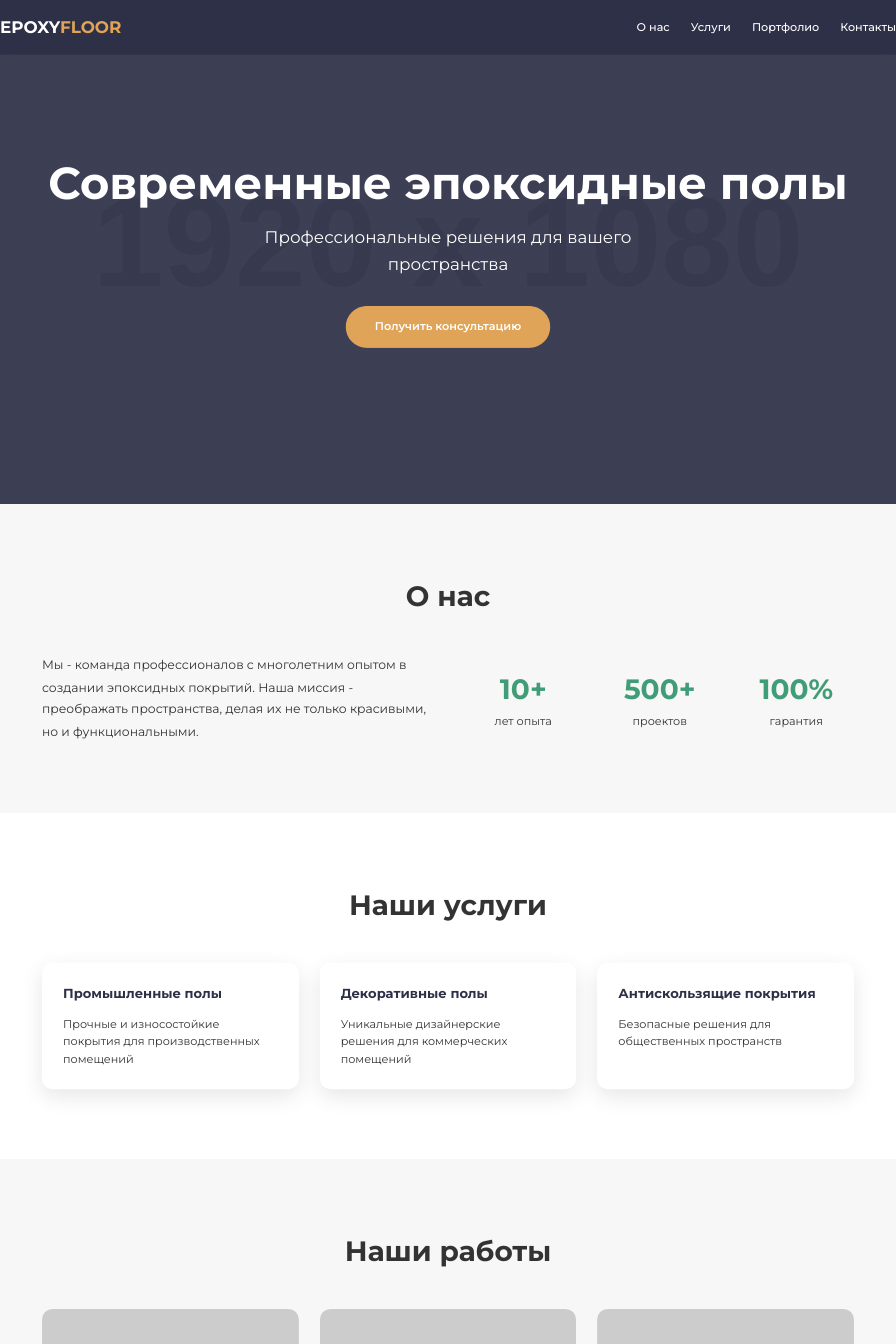
Repository: kerni-ca/kerni-ca
Page: index.html
An editor plug-in stored every save of this project. The page is shown before and after the next save, followed by the edit.
The browser window is 1280 px wide. The pictures show the part of the page from y = 0 to 1920 px (the page is 4315 px tall), at 70% of full size.

Above is the page before, as saved 2025-06-12 11:20:40.

### index.html
<!DOCTYPE html>
<html lang="ru">
<head>
    <meta charset="UTF-8">
    <meta name="viewport" content="width=device-width, initial-scale=1.0">
    <title>Эпоксидные полы | Профессиональные решения</title>
    <link rel="stylesheet" href="styles.css">
    <link rel="preconnect" href="https://fonts.googleapis.com">
    <link rel="preconnect" href="https://fonts.gstatic.com" crossorigin>
    <link href="https://fonts.googleapis.com/css2?family=Montserrat:wght@400;500;600;700&display=swap" rel="stylesheet">
</head>
<body>
    <header class="header">
        <nav class="nav">
            <div class="logo">EPOXY<span>FLOOR</span></div>
            <ul class="nav-links">
                <li><a href="#about">О нас</a></li>
                <li><a href="#services">Услуги</a></li>
                <li><a href="#portfolio">Портфолио</a></li>
                <li><a href="#contact">Контакты</a></li>
            </ul>
        </nav>
        <div class="hero">
            <h1>Современные эпоксидные полы</h1>
            <p>Профессиональные решения для вашего пространства</p>
            <a href="#contact" class="cta-button">Получить консультацию</a>
        </div>
    </header>

    <section id="about" class="about">
        <div class="container">
            <h2>О нас</h2>
            <div class="about-content">
                <div class="about-text">
                    <p>Мы - команда профессионалов с многолетним опытом в создании эпоксидных покрытий. Наша миссия - преображать пространства, делая их не только красивыми, но и функциональными.</p>
                </div>
                <div class="about-stats">
                    <div class="stat">
                        <span class="number">10+</span>
                        <span class="label">лет опыта</span>
                    </div>
                    <div class="stat">
                        <span class="number">500+</span>
                        <span class="label">проектов</span>
                    </div>
                    <div class="stat">
                        <span class="number">100%</span>
                        <span class="label">гарантия</span>
                    </div>
                </div>
            </div>
        </div>
    </section>

    <section id="services" class="services">
        <div class="container">
            <h2>Наши услуги</h2>
            <div class="services-grid">
                <div class="service-card">
                    <h3>Промышленные полы</h3>
                    <p>Прочные и износостойкие покрытия для производственных помещений</p>
                </div>
                <div class="service-card">
                    <h3>Декоративные полы</h3>
                    <p>Уникальные дизайнерские решения для коммерческих помещений</p>
                </div>
                <div class="service-card">
                    <h3>Антискользящие покрытия</h3>
                    <p>Безопасные решения для общественных пространств</p>
                </div>
            </div>
        </div>
    </section>

    <section id="portfolio" class="portfolio">
        <div class="container">
            <h2>Наши работы</h2>
            <div class="portfolio-grid">
                <div class="portfolio-item">
                    <img src="https://via.placeholder.com/400x300" alt="Проект 1">
                    <div class="portfolio-overlay">
                        <h3>Производственный цех</h3>
                    </div>
                </div>
                <div class="portfolio-item">
                    <img src="https://via.placeholder.com/400x300" alt="Проект 2">
                    <div class="portfolio-overlay">
                        <h3>Торговый центр</h3>
                    </div>
                </div>
                <div class="portfolio-item">
                    <img src="https://via.placeholder.com/400x300" alt="Проект 3">
                    <div class="portfolio-overlay">
                        <h3>Офисное пространство</h3>
                    </div>
                </div>
            </div>
        </div>
    </section>

    <section id="testimonials" class="testimonials">
        <div class="container">
            <h2>Отзывы наших клиентов</h2>
            <div class="testimonials-grid">
                <div class="testimonial-card">
                    <div class="testimonial-content">
                        <p>"Отличная работа! Полы получились идеально ровными и очень красивыми. Спасибо за профессионализм и внимание к деталям."</p>
                    </div>
                    <div class="testimonial-author">
                        <img src="https://via.placeholder.com/60x60" alt="Фото клиента">
                        <div class="author-info">
                            <h4>Андрей Петров</h4>
                            <p>Директор ООО "ТехноПром"</p>
                        </div>
                    </div>
                </div>
                <div class="testimonial-card">
                    <div class="testimonial-content">
                        <p>"Быстро, качественно и в срок! Команда настоящих профессионалов. Рекомендую всем, кто ценит качество."</p>
                    </div>
                    <div class="testimonial-author">
                        <img src="https://via.placeholder.com/60x60" alt="Фото клиента">
                        <div class="author-info">
                            <h4>Мария Сидорова</h4>
                            <p>Владелец кафе "Уют"</p>
                        </div>
                    </div>
                </div>
                <div class="testimonial-card">
                    <div class="testimonial-content">
                        <p>"Работали с компанией уже несколько раз. Всегда на высоте! Особенно понравилось качество материалов и скорость работы."</p>
                    </div>
                    <div class="testimonial-author">
                        <img src="https://via.placeholder.com/60x60" alt="Фото клиента">
                        <div class="author-info">
                            <h4>Иван Коваленко</h4>
                            <p>Генеральный директор "СтройИнвест"</p>
                        </div>
                    </div>
                </div>
            </div>
        </div>
    </section>

    <section id="partners" class="partners">
        <div class="container">
            <h2>Наши партнеры</h2>
            <div class="partners-grid">
                <div class="partner-card">
                    <img src="https://via.placeholder.com/200x100" alt="Партнер 1">
                    <h3>BASF</h3>
                    <p>Мировой лидер в производстве химических материалов</p>
                </div>
                <div class="partner-card">
                    <img src="https://via.placeholder.com/200x100" alt="Партнер 2">
                    <h3>Sika</h3>
                    <p>Профессиональные решения для строительства</p>
                </div>
                <div class="partner-card">
                    <img src="https://via.placeholder.com/200x100" alt="Партнер 3">
                    <h3>Mapei</h3>
                    <p>Инновационные строительные материалы</p>
                </div>
                <div class="partner-card">
                    <img src="https://via.placeholder.com/200x100" alt="Партнер 4">
                    <h3>Ardex</h3>
                    <p>Высококачественные строительные смеси</p>
                </div>
            </div>
        </div>
    </section>

    <section id="contact" class="contact">
        <div class="container">
            <h2>Свяжитесь с нами</h2>
            <div class="contact-content">
                <form class="contact-form">
                    <input type="text" placeholder="Ваше имя" required>
                    <input type="tel" placeholder="Телефон" required>
                    <input type="email" placeholder="Email" required>
                    <textarea placeholder="Сообщение" required></textarea>
                    <button type="submit" class="submit-button">Отправить</button>
                </form>
                <div class="contact-info">
                    <div class="info-item">
                        <h3>Адрес</h3>
                        <p>г. Запорожье, ул. Соборная, 123</p>
                    </div>
                    <div class="info-item">
                        <h3>Телефон</h3>
                        <p>+38 (061) 123-45-67</p>
                    </div>
                    <div class="info-item">
                        <h3>Email</h3>
                        <p>info@epoxyfloor.zp.ua</p>
                    </div>
                </div>
            </div>
        </div>
    </section>

    <footer class="footer">
        <div class="container">
            <div class="footer-content">
                <div class="footer-logo">EPOXY<span>FLOOR</span></div>
                <p>&copy; 2024 Все права защищены</p>
            </div>
        </div>
    </footer>
</body>
</html>

### styles.css
html {
    scroll-behavior: smooth;
}

:root {
    --primary-color: #2D3047;
    --secondary-color: #419D78;
    --accent-color: #E0A458;
    --text-color: #333;
    --light-bg: #F7F7F7;
    --white: #FFFFFF;
    --transition: all 0.3s ease;
}

* {
    margin: 0;
    padding: 0;
    box-sizing: border-box;
}

body {
    font-family: 'Montserrat', sans-serif;
    line-height: 1.6;
    color: var(--text-color);
}

.container {
    max-width: 1200px;
    margin: 0 auto;
    padding: 0 20px;
}

/* Header & Navigation */
.header {
    background: linear-gradient(rgba(45, 48, 71, 0.9), rgba(45, 48, 71, 0.9)),
                url('https://via.placeholder.com/1920x1080') center/cover;
    min-height: 100vh;
    color: var(--white);
}

.nav {
    display: flex;
    justify-content: space-between;
    align-items: center;
    padding: 20px 0;
    position: fixed;
    width: 100%;
    top: 0;
    z-index: 1000;
    background: rgba(45, 48, 71, 0.95);
    backdrop-filter: blur(10px);
}

.logo {
    font-size: 24px;
    font-weight: 700;
    color: var(--white);
}

.logo span {
    color: var(--accent-color);
}

.nav-links {
    display: flex;
    list-style: none;
    gap: 30px;
}

.nav-links a {
    color: var(--white);
    text-decoration: none;
    font-weight: 500;
    transition: var(--transition);
}

.nav-links a:hover {
    color: var(--accent-color);
}

/* Hero Section */
.hero {
    display: flex;
    flex-direction: column;
    justify-content: center;
    align-items: center;
    text-align: center;
    min-height: 100vh;
    padding: 0 20px;
}

.hero h1 {
    font-size: 4rem;
    margin-bottom: 20px;
    line-height: 1.2;
}

.hero p {
    font-size: 1.5rem;
    margin-bottom: 40px;
    max-width: 600px;
}

.cta-button {
    display: inline-block;
    padding: 15px 40px;
    background: var(--accent-color);
    color: var(--white);
    text-decoration: none;
    border-radius: 30px;
    font-weight: 600;
    transition: var(--transition);
    border: 2px solid var(--accent-color);
}

.cta-button:hover {
    background: transparent;
    color: var(--accent-color);
}

/* About Section */
.about {
    padding: 100px 0;
    background: var(--light-bg);
}

.about h2 {
    text-align: center;
    font-size: 2.5rem;
    margin-bottom: 50px;
}

.about-content {
    display: grid;
    grid-template-columns: 1fr 1fr;
    gap: 50px;
    align-items: center;
}

.about-text p {
    font-size: 1.1rem;
    line-height: 1.8;
}

.about-stats {
    display: grid;
    grid-template-columns: repeat(3, 1fr);
    gap: 30px;
}

.stat {
    text-align: center;
}

.number {
    display: block;
    font-size: 2.5rem;
    font-weight: 700;
    color: var(--secondary-color);
}

.label {
    font-size: 1rem;
    color: var(--text-color);
}

/* Services Section */
.services {
    padding: 100px 0;
}

.services h2 {
    text-align: center;
    font-size: 2.5rem;
    margin-bottom: 50px;
}

.services-grid {
    display: grid;
    grid-template-columns: repeat(auto-fit, minmax(300px, 1fr));
    gap: 30px;
}

.service-card {
    background: var(--white);
    padding: 30px;
    border-radius: 15px;
    box-shadow: 0 10px 30px rgba(0, 0, 0, 0.1);
    transition: var(--transition);
}

.service-card:hover {
    transform: translateY(-10px);
}

.service-card h3 {
    color: var(--primary-color);
    margin-bottom: 15px;
}

/* Portfolio Section */
.portfolio {
    padding: 100px 0;
    background: var(--light-bg);
}

.portfolio h2 {
    text-align: center;
    font-size: 2.5rem;
    margin-bottom: 50px;
}

.portfolio-grid {
    display: grid;
    grid-template-columns: repeat(auto-fit, minmax(300px, 1fr));
    gap: 30px;
}

.portfolio-item {
    position: relative;
    overflow: hidden;
    border-radius: 15px;
}

.portfolio-item img {
    width: 100%;
    height: 300px;
    object-fit: cover;
    transition: var(--transition);
}

.portfolio-overlay {
    position: absolute;
    bottom: 0;
    left: 0;
    right: 0;
    background: linear-gradient(transparent, rgba(45, 48, 71, 0.9));
    padding: 20px;
    color: var(--white);
    transform: translateY(100%);
    transition: var(--transition);
}

.portfolio-item:hover .portfolio-overlay {
    transform: translateY(0);
}

.portfolio-item:hover img {
    transform: scale(1.1);
}

/* Contact Section */
.contact {
    padding: 100px 0;
}

.contact h2 {
    text-align: center;
    font-size: 2.5rem;
    margin-bottom: 50px;
}

.contact-content {
    display: grid;
    grid-template-columns: 1fr 1fr;
    gap: 50px;
}

.contact-form {
    display: flex;
    flex-direction: column;
    gap: 20px;
}

.contact-form input,
.contact-form textarea {
    padding: 15px;
    border: 1px solid #ddd;
    border-radius: 8px;
    font-family: inherit;
}

.contact-form textarea {
    height: 150px;
    resize: vertical;
}

.submit-button {
    padding: 15px 30px;
    background: var(--secondary-color);
    color: var(--white);
    border: none;
    border-radius: 8px;
    cursor: pointer;
    font-weight: 600;
    transition: var(--transition);
}

.submit-button:hover {
    background: var(--primary-color);
}

.contact-info {
    display: grid;
    gap: 30px;
}

.info-item h3 {
    color: var(--primary-color);
    margin-bottom: 10px;
}

/* Footer */
.footer {
    background: var(--primary-color);
    color: var(--white);
    padding: 30px 0;
}

.footer-content {
    display: flex;
    justify-content: space-between;
    align-items: center;
}

.footer-logo {
    font-size: 20px;
    font-weight: 700;
}

.footer-logo span {
    color: var(--accent-color);
}

/* Testimonials Section */
.testimonials {
    padding: 100px 0;
    background: var(--white);
}

.testimonials h2 {
    text-align: center;
    font-size: 2.5rem;
    margin-bottom: 50px;
}

.testimonials-grid {
    display: grid;
    grid-template-columns: repeat(auto-fit, minmax(300px, 1fr));
    gap: 30px;
}

.testimonial-card {
    background: var(--light-bg);
    padding: 30px;
    border-radius: 15px;
    box-shadow: 0 10px 30px rgba(0, 0, 0, 0.05);
    transition: var(--transition);
}

.testimonial-card:hover {
    transform: translateY(-5px);
    box-shadow: 0 15px 40px rgba(0, 0, 0, 0.1);
}

.testimonial-content {
    margin-bottom: 20px;
}

.testimonial-content p {
    font-style: italic;
    line-height: 1.8;
    color: var(--text-color);
}

.testimonial-author {
    display: flex;
    align-items: center;
    gap: 15px;
}

.testimonial-author img {
    width: 60px;
    height: 60px;
    border-radius: 50%;
    object-fit: cover;
}

.author-info h4 {
    color: var(--primary-color);
    margin-bottom: 5px;
}

.author-info p {
    font-size: 0.9rem;
    color: var(--text-color);
    opacity: 0.8;
}

/* Partners Section */
.partners {
    padding: 100px 0;
    background: var(--light-bg);
}

.partners h2 {
    text-align: center;
    font-size: 2.5rem;
    margin-bottom: 50px;
}

.partners-grid {
    display: grid;
    grid-template-columns: repeat(auto-fit, minmax(250px, 1fr));
    gap: 30px;
}

.partner-card {
    background: var(--white);
    padding: 30px;
    border-radius: 15px;
    text-align: center;
    box-shadow: 0 10px 30px rgba(0, 0, 0, 0.05);
    transition: var(--transition);
}

.partner-card:hover {
    transform: translateY(-5px);
    box-shadow: 0 15px 40px rgba(0, 0, 0, 0.1);
}

.partner-card img {
    width: 100%;
    height: auto;
    margin-bottom: 20px;
    border-radius: 8px;
}

.partner-card h3 {
    color: var(--primary-color);
    margin-bottom: 10px;
}

.partner-card p {
    font-size: 0.9rem;
    color: var(--text-color);
    opacity: 0.8;
}

/* Responsive Design */
@media (max-width: 768px) {
    .nav {
        padding: 20px;
    }

    .nav-links {
        display: none;
    }

    .hero h1 {
        font-size: 2.5rem;
    }

    .about-content,
    .contact-content {
        grid-template-columns: 1fr;
    }

    .about-stats {
        grid-template-columns: 1fr;
    }

    .footer-content {
        flex-direction: column;
        text-align: center;
        gap: 20px;
    }

    .testimonials-grid,
    .partners-grid {
        grid-template-columns: 1fr;
    }
}

/* Animations */
@keyframes fadeIn {
    from {
        opacity: 0;
        transform: translateY(20px);
    }
    to {
        opacity: 1;
        transform: translateY(0);
    }
}

.hero h1,
.hero p,
.cta-button {
    animation: fadeIn 1s ease-out forwards;
}

/* Modern Scrollbar */
::-webkit-scrollbar {
    width: 10px;
}

::-webkit-scrollbar-track {
    background: var(--light-bg);
}

::-webkit-scrollbar-thumb {
    background: var(--secondary-color);
    border-radius: 5px;
}

::-webkit-scrollbar-thumb:hover {
    background: var(--primary-color);
}

After the next save:
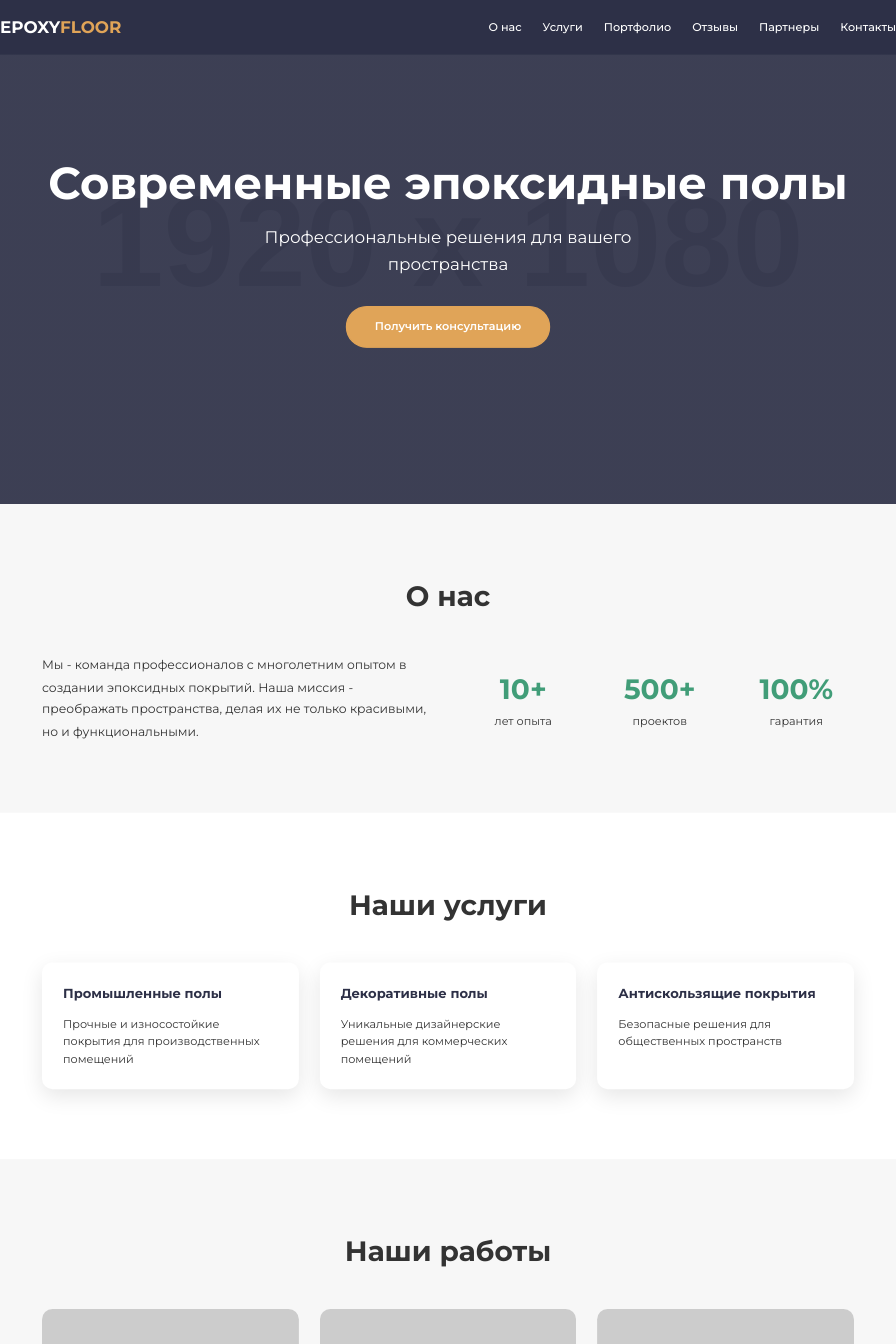
Saved 6 s later.
--- a/index.html
+++ b/index.html
@@ -17,6 +17,8 @@
                 <li><a href="#about">О нас</a></li>
                 <li><a href="#services">Услуги</a></li>
                 <li><a href="#portfolio">Портфолио</a></li>
+                <li><a href="#testimonials">Отзывы</a></li>
+                <li><a href="#partners">Партнеры</a></li>
                 <li><a href="#contact">Контакты</a></li>
             </ul>
         </nav>
